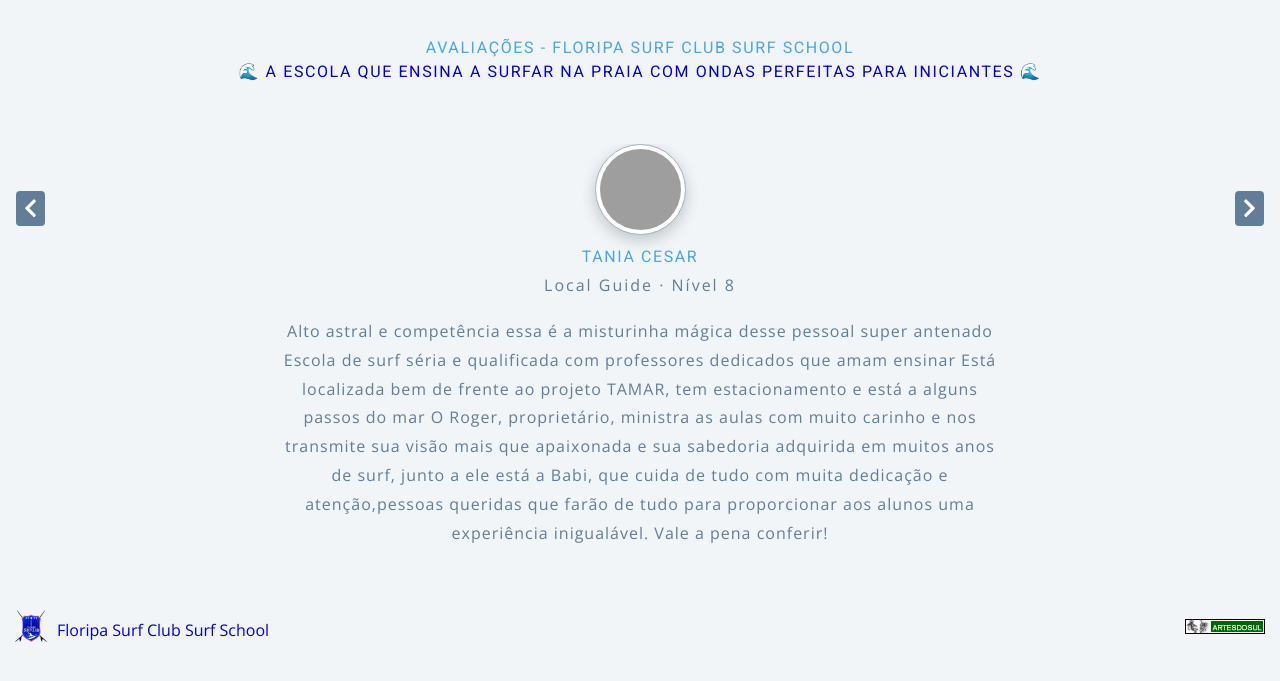
Repository: araguaci/floripasurfclub-reviews
Page: index.html
The author's editor kept a copy of each file at every save. The page is drawn from the files as they stood at one save, then again after the next save.
The browser window is 1280 px wide. The pictures show the whole page.
Pictures or frames that could not be fetched are drawn as grey boxes. Some web libraries are served in a nearby version.

Above is the page before, as saved 2021-08-23 21:16:30.

After the next save:
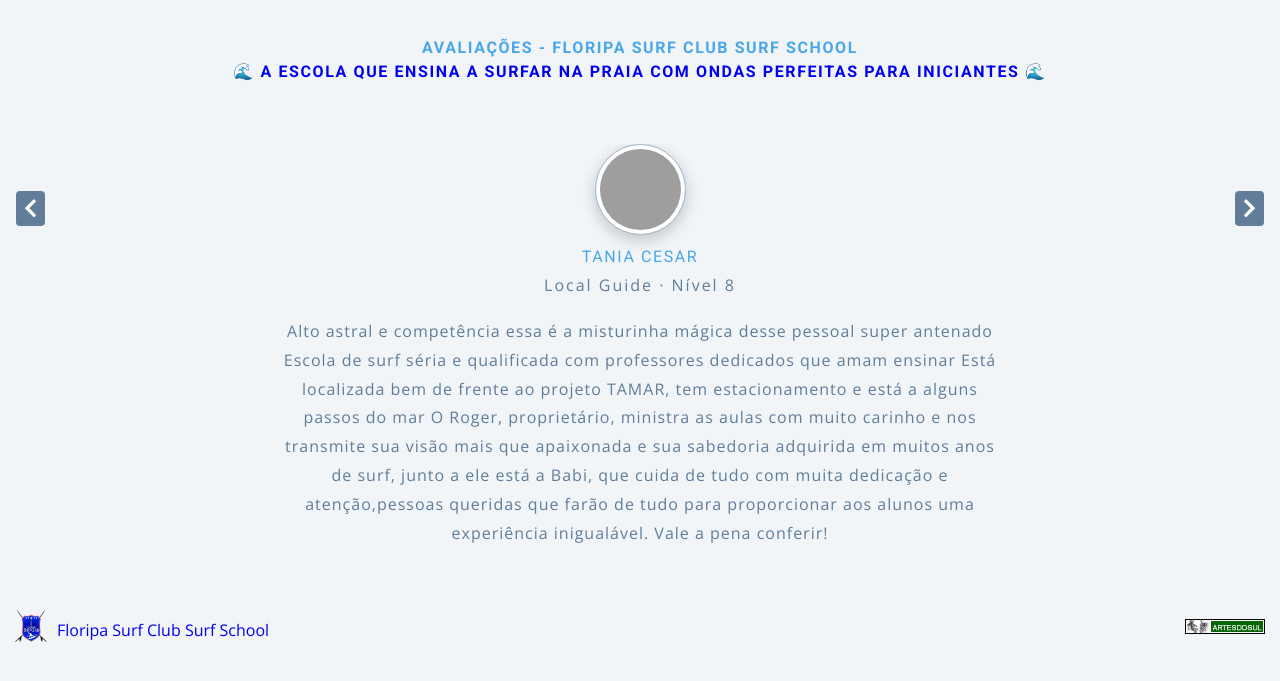
Saved 47 s later.
--- a/styles.css
+++ b/styles.css
@@ -164,10 +164,13 @@
 .reviews {
   margin-bottom: 4rem;
 }
-.reviews h2 {
+.reviews h2, .reviews h4 {
   display: flex;
   align-items: center;
   justify-content: center;
+}
+.reviews h4 {
+  font-weight: bold;
 }
 .reviews span {
   font-size: 0.85em;
